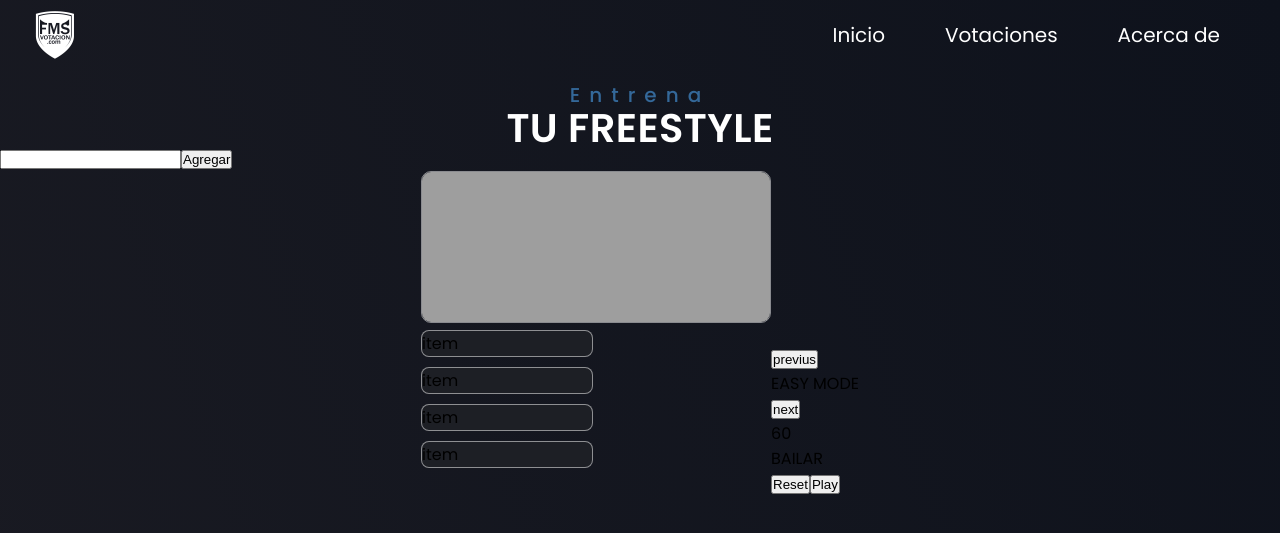
Repository: ezegonzalez912/fmsvotacion2
Page: /practice
The author's editor kept a copy of each file at every save. The page is drawn from the files as they stood at one save, then again after the next save.
The browser window is 1280 px wide. The pictures show the whole page.
Pictures or frames that could not be fetched are drawn as grey boxes. The page's requests for data from a server got no answer. The project was rebuilt for these pictures with package versions that can differ from the ones it lists, and the page was loaded fresh each time. No one was signed in, and anything a server would have sent is missing. Also part of the build but not shown: src/components/screens/AboutScreen.js, src/components/Error.js, src/components/Apoya.js, src/components/screens/MainScreen.js, src/components/Contexts/CompContext.js, src/helpers/valueCheck.js, src/helpers/valueCheck2.js, src/hooks/useVote.js and 42 more.

Above is the page before, as saved 2021-08-15 00:51:33.

After the next save:
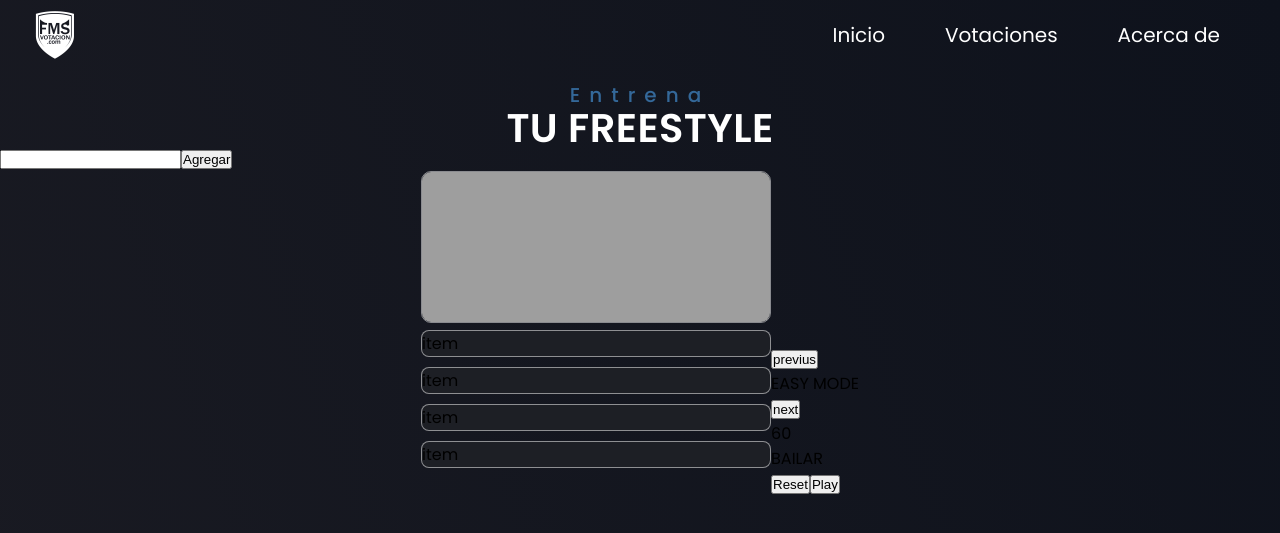
Saved 5 s later.
--- a/src/styles/components/_practice.scss
+++ b/src/styles/components/_practice.scss
@@ -28,5 +28,5 @@
     background: c.$dark-secundary;
     border: 1px solid c.$border;
     border-radius: 8px;
-    width: 49%;
+    width: 100%;
 }
